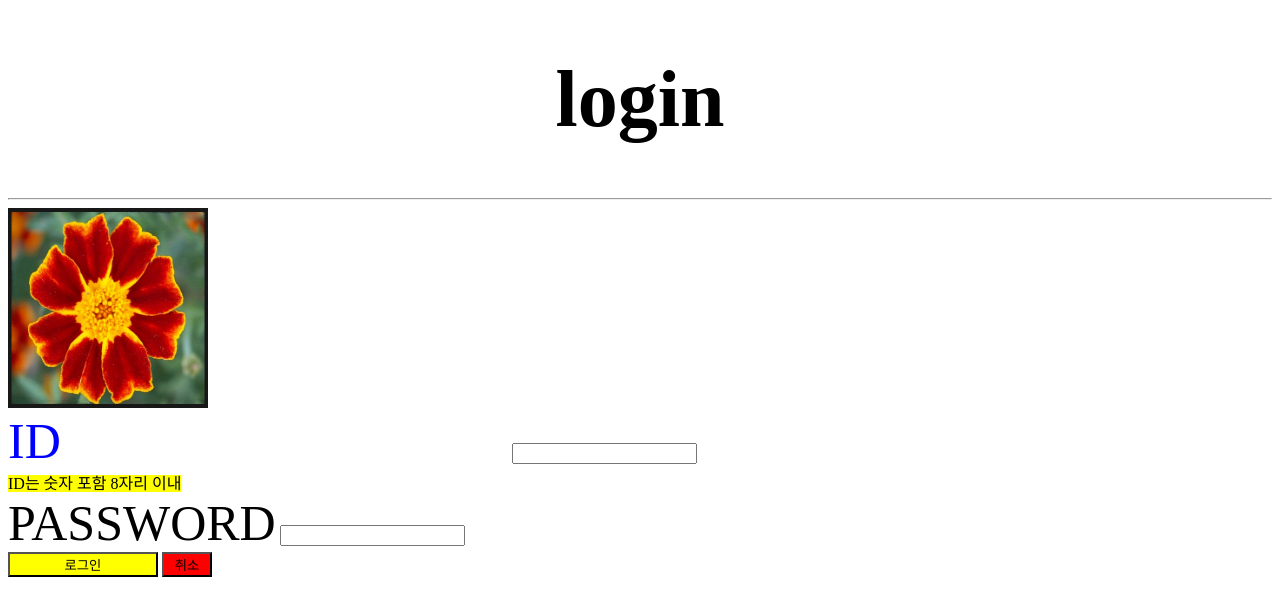
Repository: jeonghyunseok/GMSUI
Page: GMSUI/WebContent/member/login.html
The author's editor kept a copy of each file at every save. The page is drawn from the files as they stood at one save, then again after the next save.
The browser window is 1280 px wide. The pictures show the whole page.

Above is the page before, as saved 2017-07-19 08:22:01.

After the next save:
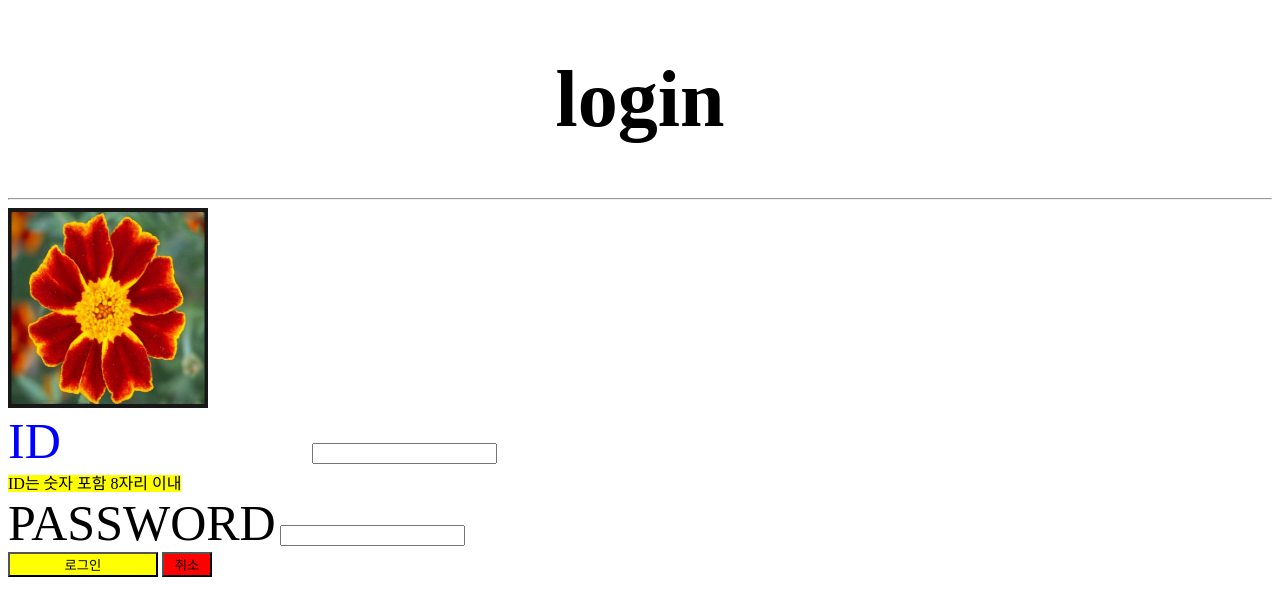
Saved 31 s later.
--- a/GMSUI/WebContent/member/login.html
+++ b/GMSUI/WebContent/member/login.html
@@ -24,7 +24,7 @@
 	<h1 style="font-size:80px;" class="text-center">login</h1>
 	<hr />
 	<img src="../img/꽃.jpg" style="width: 200px;height: 200px;" alt=""/><br />
-	<span style="font-size:50px;width:500px;" class="display-inline color-blue">ID</span>
+	<span style="font-size:50px;width:300px;" class="display-inline color-blue">ID</span>
 	<input type="text" /><br />
 	<mark>ID는 숫자 포함 8자리 이내</mark><br />
 	<span style=";font-size:50px;"for="">PASSWORD</span>
